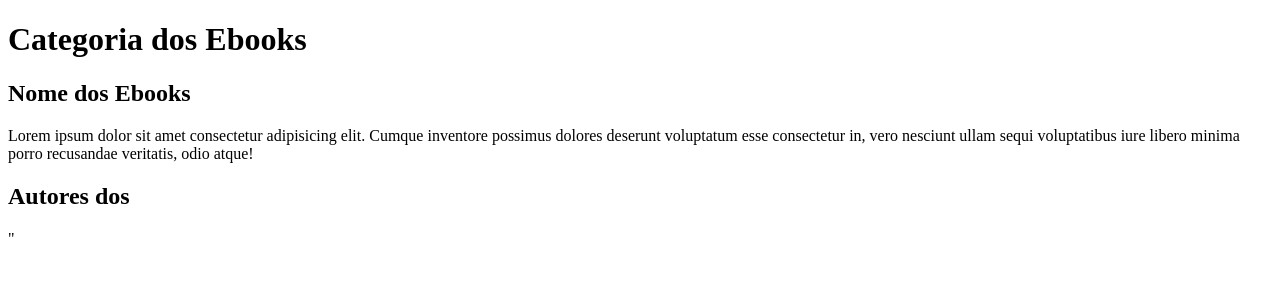
Repository: monfredo18/E-book
Page: Conteúdo.html
The author's editor kept a copy of each file at every save. The page is drawn from the files as they stood at one save, then again after a run of saves.
The browser window is 1280 px wide. The pictures show the whole page.

Above is the page before, as saved 2025-09-04 17:50:36.

### Conteúdo.html
<!DOCTYPE html>
<html lang="pt-br">
<head>
    <meta charset="UTF-8">
    <meta name="viewport" content="width=device-width, initial-scale=1.0">
    <title>Venda seus Ebooks</title>
</head>
<body>
    <main>
        <header>
            <h1>Categoria dos Ebooks</h1>
        </header>
        <article>
            <h2>Nome dos Ebooks</h2>
            <p>Lorem ipsum dolor sit amet consectetur adipisicing elit. Cumque inventore possimus dolores deserunt voluptatum esse consectetur in, vero nesciunt ullam sequi voluptatibus iure libero minima porro recusandae veritatis, odio atque!</p>
        </article>
        <article>
            <h2>Autores dos
    </main>
</body>
</html>"

After the next 2 saves:
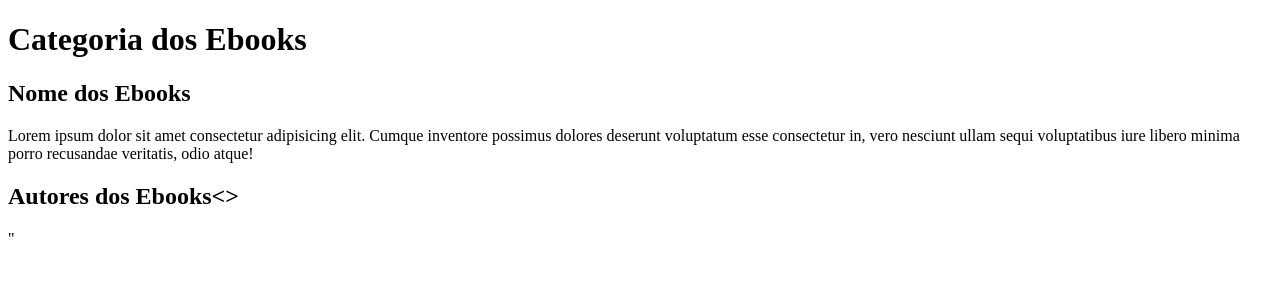
The 2 saves are shown as one change because they came seconds apart.
The last was saved 7 s later.
--- a/Conteúdo.html
+++ b/Conteúdo.html
@@ -15,7 +15,7 @@
             <p>Lorem ipsum dolor sit amet consectetur adipisicing elit. Cumque inventore possimus dolores deserunt voluptatum esse consectetur in, vero nesciunt ullam sequi voluptatibus iure libero minima porro recusandae veritatis, odio atque!</p>
         </article>
         <article>
-            <h2>Autores dos
+            <h2>Autores dos Ebooks<>
     </main>
 </body>
 </html>"
